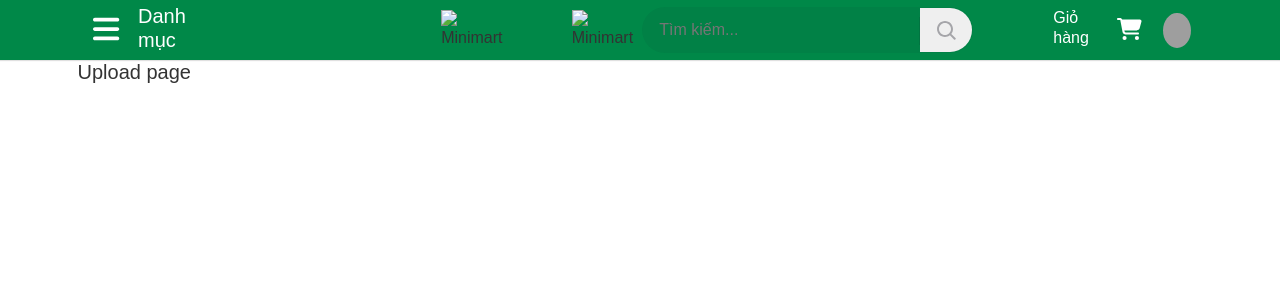
Repository: Duytan05/tiktok-ui
Page: /upload
An editor plug-in stored every save of this project. The page is shown before and after the next save, followed by the edit.
The browser window is 1280 px wide. The pictures show the whole page.
Pictures or frames that could not be fetched are drawn as grey boxes. Some web fonts or font styles are not loaded; a fallback is used. The project was rebuilt for these pictures with package versions that can differ from the ones it lists, and the page was loaded fresh each time. Also part of the build but not shown: src/component/Button/Button.module.scss, src/component/Popper/Popper.module.scss, src/component/Popper/Menu/Menu.module.scss, src/component/Popper/Menu/Header.js, src/component/AccountItem/AccountItem.module.scss, src/component/AccountItem/index.js, src/component/Layout/components/Cart/CartItem.js, src/component/Layout/components/Container/Container.module.scss and 16 more.

Above is the page before, as saved 2023-05-23 14:16:26.

After the next save:
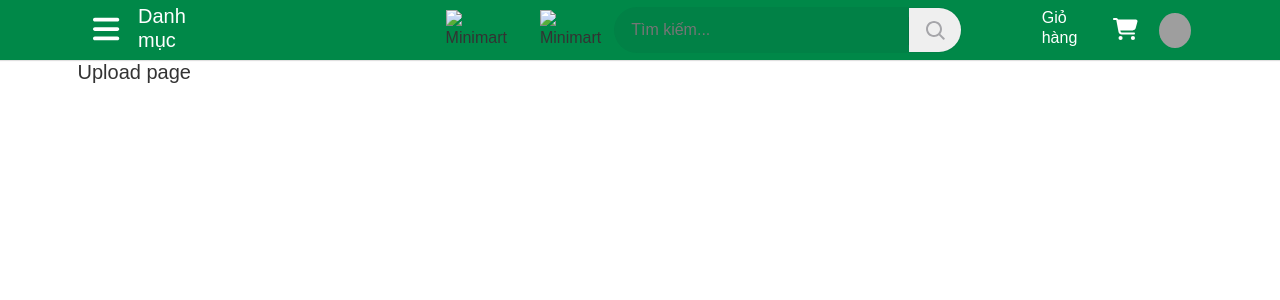
Saved 39 s later.
--- a/src/component/Layout/components/Header/Header.module.scss
+++ b/src/component/Layout/components/Header/Header.module.scss
@@ -66,7 +66,10 @@
 }
 .logo {
     margin-left: 180px;
-    margin-right: 60px;
+    // margin-right: 60px;
+}
+.map {
+    margin-left: 20px;
 }
 .cart {
     font-size: 16px;
